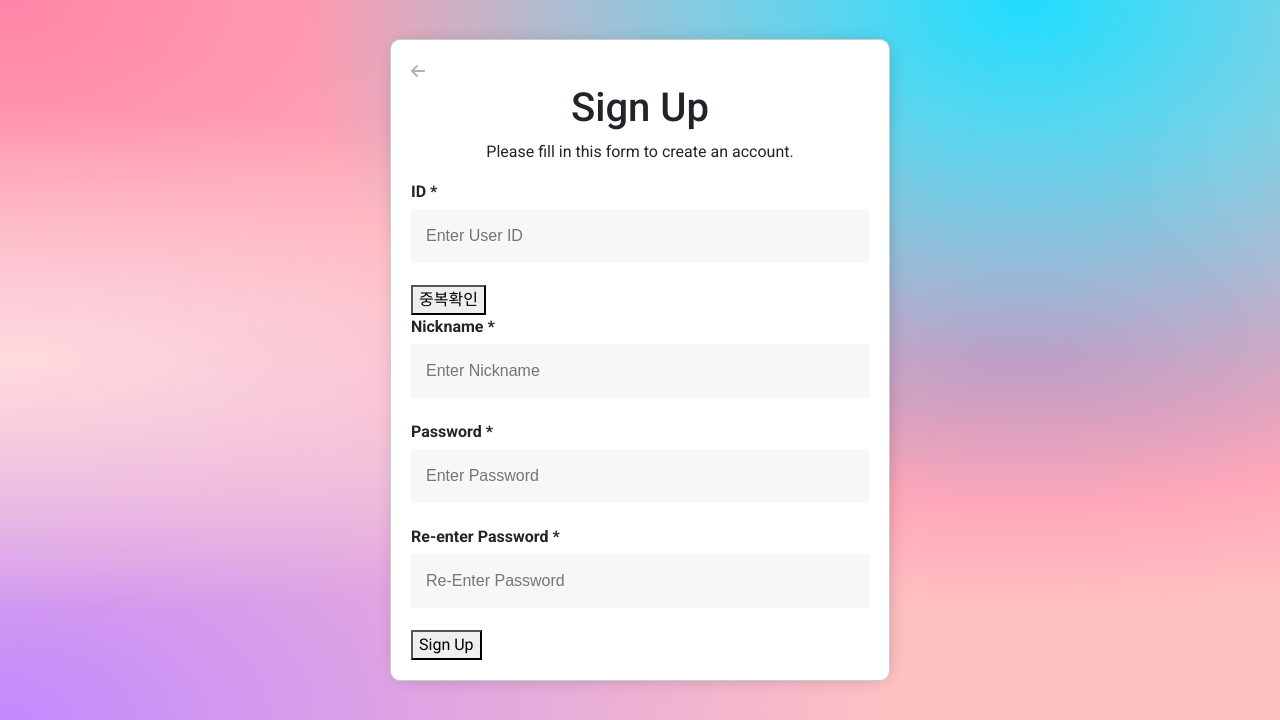
Repository: Jae-yi/JSPMybatis
Page: http://localhost/JspMybatisSub/WEB-INF/views/page/register.jsp
The author's editor kept a copy of each file at every save. The page is drawn from the files as they stood at one save, then again after the next save.
The browser window is 1280 px wide. The pictures show the whole page.
Some web fonts or font styles are not loaded; a fallback is used. Some web libraries are served in a nearby version. The page is served by Tomcat 9. Nobody is signed in. Other server files are loaded and not shown. The template is opened directly, without the code that normally fills it, so the values that code supplies are empty.

Above is the page before, as saved 2023-02-01 10:59:10.

### JspMybatisSub/src/main/webapp/WEB-INF/views/page/register.jsp
<%@ page language="java" contentType="text/html; charset=UTF-8"
	pageEncoding="UTF-8"%>
<!DOCTYPE html>
<html>
<%@ include file="../include/style.jsp"%>
<link href="resources/css/register.css" rel="stylesheet" type="text/css">
<head>
<meta charset="UTF-8">
<script src="https://kit.fontawesome.com/3f27d28028.js"
	crossorigin="anonymous"></script>
<script src="https://ajax.aspnetcdn.com/ajax/jQuery/jquery-3.3.1.min.js"></script>
<script>
	$(document).ready(function() {

		//뒤로가기 버튼
		$("#goBack").click(function(e) {
			e.preventDefault();
			history.back();
		})

		// 아이디 중복체크
		$("#duplIdCheck").click(function(e) {
			e.preventDefault();
			duplIdCheck();
		})

	});

	function duplIdCheck() {
		//비동기 통신 선언 (ajax)
		$.ajax({
			type : "POST", //post로 요청
			url : "/register",
			dataType : "json",
			data : {
				id : $('#id').val(),
			}, //전송할 데이터
			success : function(data) {

				if (data.login == false) {
					alert('중복된 아이디입니다. 다른 아이디를 사용해주세요.');
				} else {
					alert('사용가능한 아이디입니다.');
				}
			},

		});

	};
</script>
</head>
<body>
	<form>
		<div class="container">
			<i class="fa-sharp fa-solid fa-arrow-left" id="goBack"></i>
			<h1 style="text-align: center">Sign Up</h1>
			<p style="text-align: center">Please fill in this form to create
				an account.</p>

			<label for="email"><b>ID *</b></label>
			<div>
			<input type="text"
				name="username" id = "id" placeholder="Enter User ID" required>
			<button type="button" id="duplIdCheck">중복확인</button>
			</div>
			<label
			for="nickname"><b>Nickname *</b></label>
			<input type="text" id="nickname"
			placeholder="Enter Nickname" name="nickname" required>
			<label
			for="psw"><b>Password *</b></label>
			<input type="text" id="pwd"
			placeholder="Enter Password" name="pwd" required>
			<label
			for="rePwd"><b>Re-enter Password *</b></label>
			 <input type="password" id="rePwd"
			placeholder="Re-Enter Password" name="rePwd" required>

			<button type="submit" id="submitBtn">Sign Up</button>
		</div>
	</form>
</body>
</html>

### JspMybatisSub/src/main/webapp/WEB-INF/views/include/style.jsp
<%@ page language="java" contentType="text/html; charset=UTF-8"
	pageEncoding="UTF-8"%>
<head>
<meta charset="UTF-8">
<title>INTELLIJ2's PROJECT</title>

<!-- Bootstrap : CSS only -->
<link
	href="https://cdn.jsdelivr.net/npm/bootstrap@5.3.0-alpha1/dist/css/bootstrap.min.css"
	rel="stylesheet"
	integrity="sha384-GLhlTQ8iRABdZLl6O3oVMWSktQOp6b7In1Zl3/Jr59b6EGGoI1aFkw7cmDA6j6gD"
	crossorigin="anonymous">
<script
	src="https://cdn.jsdelivr.net/npm/bootstrap@5.3.0-alpha1/dist/js/bootstrap.bundle.min.js"
	integrity="sha384-w76AqPfDkMBDXo30jS1Sgez6pr3x5MlQ1ZAGC+nuZB+EYdgRZgiwxhTBTkF7CXvN"
	crossorigin="anonymous"></script>

<!-- Bootstrap : JavaScript Bundle with Popper -->
<script
	src="https://cdn.jsdelivr.net/npm/@popperjs/core@2.11.6/dist/umd/popper.min.js"
	integrity="sha384-oBqDVmMz9ATKxIep9tiCxS/Z9fNfEXiDAYTujMAeBAsjFuCZSmKbSSUnQlmh/jp3"
	crossorigin="anonymous"></script>
<script
	src="https://cdn.jsdelivr.net/npm/bootstrap@5.3.0-alpha1/dist/js/bootstrap.min.js"
	integrity="sha384-mQ93GR66B00ZXjt0YO5KlohRA5SY2XofN4zfuZxLkoj1gXtW8ANNCe9d5Y3eG5eD"
	crossorigin="anonymous"></script>

<!-- JQuery -->
<script src=https://cdnjs.cloudflare.com/ajax/libs/jquery/3.6.3/jquery.min.js></script>

</head>

### JspMybatisSub/src/main/webapp/resources/css/register.css
@charset "EUC-KR";
@import url('https://fonts.googleapis.com/css2?family=Poppins:wght@400;500;600&family=Roboto+Condensed:wght@700&family=Roboto:wght@300;400;500;600;700&display=swap');
@font-face {
    font-family: 'GmarketSansMedium';
    src: url('https://cdn.jsdelivr.net/gh/projectnoonnu/noonfonts_2001@1.1/GmarketSansMedium.woff') format('woff');
    font-weight: normal;
    font-style: normal;
}

body {
	font-family:  Roboto, GmarketSansMedium, sans-serif;
	background-color:#f7f7f7;
}
* {box-sizing: border-box}

body {
  background-color: #fff9f9;
  min-height: 700px;
  min-width: 700px;
  height: 100vh;
  width: 100vw;
  background-color:hsla(0,100%,88%,1);
  background-image:
radial-gradient(at 80% 0%, hsla(189,100%,56%,1) 0px, transparent 50%),
radial-gradient(at 0% 50%, hsla(355,100%,93%,1) 0px, transparent 50%),
radial-gradient(at 80% 50%, hsla(340,100%,76%,1) 0px, transparent 50%),
radial-gradient(at 0% 100%, hsla(269,100%,77%,1) 0px, transparent 50%),
radial-gradient(at 0% 0%, hsla(343,100%,76%,1) 0px, transparent 50%);
}

i {
  width: 10%;
  color: rgba(0,0,0,0.3);
}

/* Add padding to container elements */
.container {
    padding: 20px;
      width:500px;
    position: absolute;
    left: 50%;
    top: 50%;
    transform: translate(-50%, -50%);
      border:1px solid #ccc;
      border-radius:10px;
      background:white;
  -webkit-box-shadow: 2px 1px 21px -9px rgba(0,0,0,0.38);
  -moz-box-shadow: 2px 1px 21px -9px rgba(0,0,0,0.38);
  box-shadow: 2px 1px 21px -9px rgba(0,0,0,0.38);
  }

/* Full-width input fields */
input[type=text], input[type=password] {
  width: 100%;
  padding: 15px;
  margin: 5px 0 22px 0;
  display: inline-block;
  border: none;
  background: #f7f7f7;
	font-family: Montserrat,Arial, Helvetica, sans-serif;
}
select {
  width: 18%;
  padding: 15px;
  margin: 5px 0 22px 0;
  display: inline-block;
  border: none;
  background: #f7f7f7;
	font-family: Montserrat,Arial, Helvetica, sans-serif;
}

input[type=phone] {
  width: 81%;
  padding: 15px;
  margin: 5px 0 22px 0;
  display: inline-block;
  border: none;
  background: #f7f7f7;
}

input[type=text]:focus, input[type=password]:focus, input[type=phone]:focus, select:focus {
  background-color: #ddd;
  outline: none;
}

#idInputDiv > button {
  border: none;
  border-radius: 10px;
  font-size: 0.8rem;
  background-image: linear-gradient(43deg, hsla(220,100%,76%,1) 0%, hsla(500,100%,77%,1) 100%);
  color: white;
  font-weight: 600;
  position:absolute;
  right:30px;
  top:178px;
}

.submitBtn {
  border: none;
  padding:0.5rem;
  width: 100%;
  border-radius: 10px;
  font-size: 1.2rem;
  background-image: linear-gradient(43deg, hsla(340,100%,76%,1) 0%, hsla(269,100%,77%,1) 100%);
  color: white;
  font-weight: 600;
}

.submitBtn:disabled {
	opacity:0.7;
}

.submitBtn:hover {
  opacity:1;
}

After the next save:
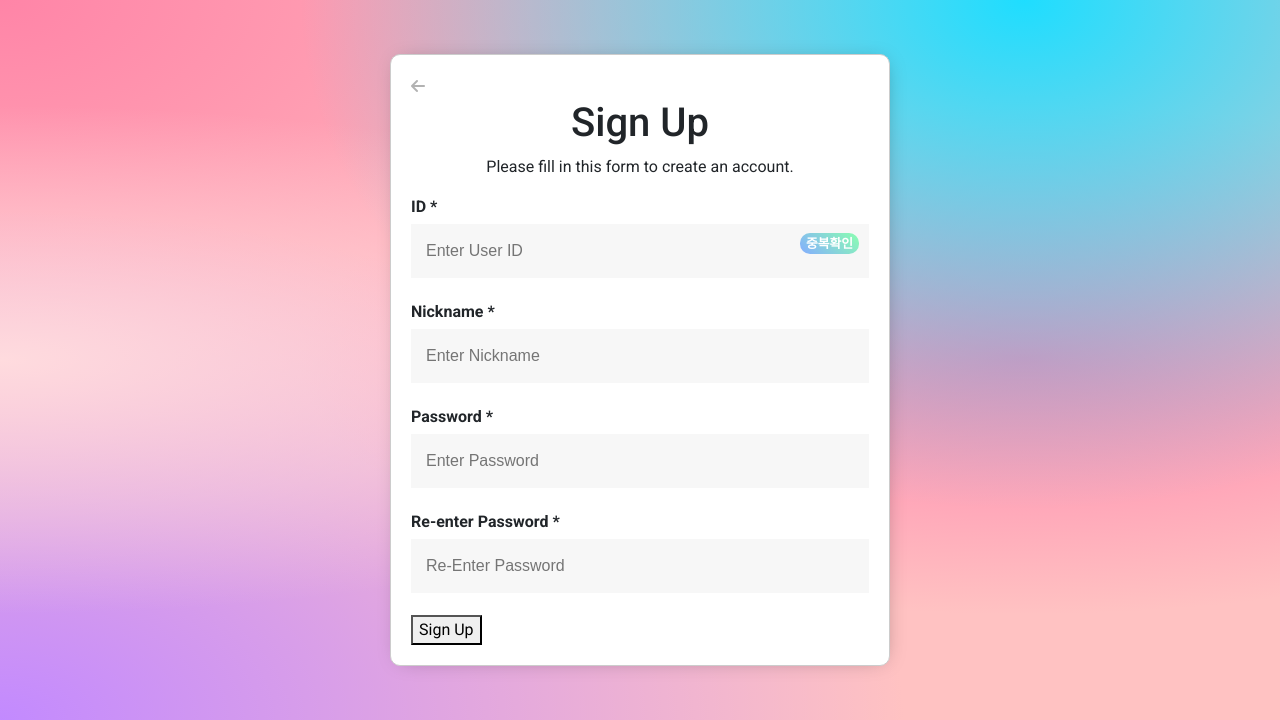
Saved 86 s later.
--- a/JspMybatisSub/src/main/webapp/WEB-INF/views/page/register.jsp
+++ b/JspMybatisSub/src/main/webapp/WEB-INF/views/page/register.jsp
@@ -58,7 +58,7 @@
 				an account.</p>
 
 			<label for="email"><b>ID *</b></label>
-			<div>
+			<div id ="idInputDiv" style="display:flex">
 			<input type="text"
 				name="username" id = "id" placeholder="Enter User ID" required>
 			<button type="button" id="duplIdCheck">중복확인</button>
